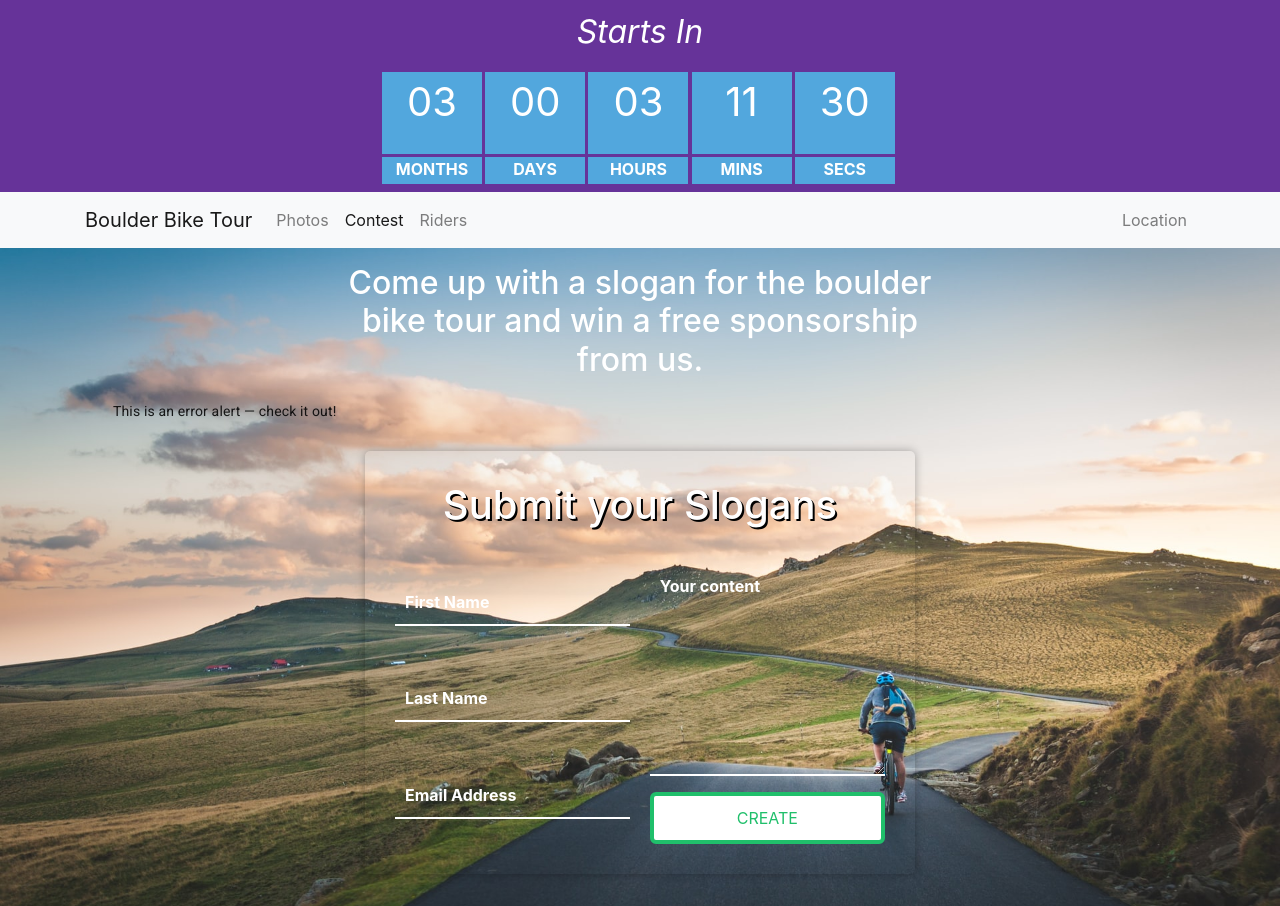
Repository: akinsikuoluwafemi/boulder_bike_tour_frontend
Page: /contest
These files come from the project's save history. The page is drawn as it stood at one moment and after a run of saves; the edit follows.
The browser window is 1280 px wide. The pictures show the whole page.
The page's requests for data from a server got no answer. Some web libraries are served in a nearby version. The project was rebuilt for these pictures with package versions that can differ from the ones it lists, and the page was loaded fresh each time. No one was signed in, and anything a server would have sent is missing. Also part of the build but not shown: src/components/Home/LatestNews.js, src/components/Home/Winners.js, src/components/Accordions/Accordions.js, src/components/Home/FooterContent.js, src/components/Home/Home.js, src/components/Location/mapStyles.js, src/components/Spinner/Spinner.scss, src/components/Spinner/Spinner.js and 5 more.

Above is the page before, as saved 2020-08-23 07:37:32.

After the next 2 saves:
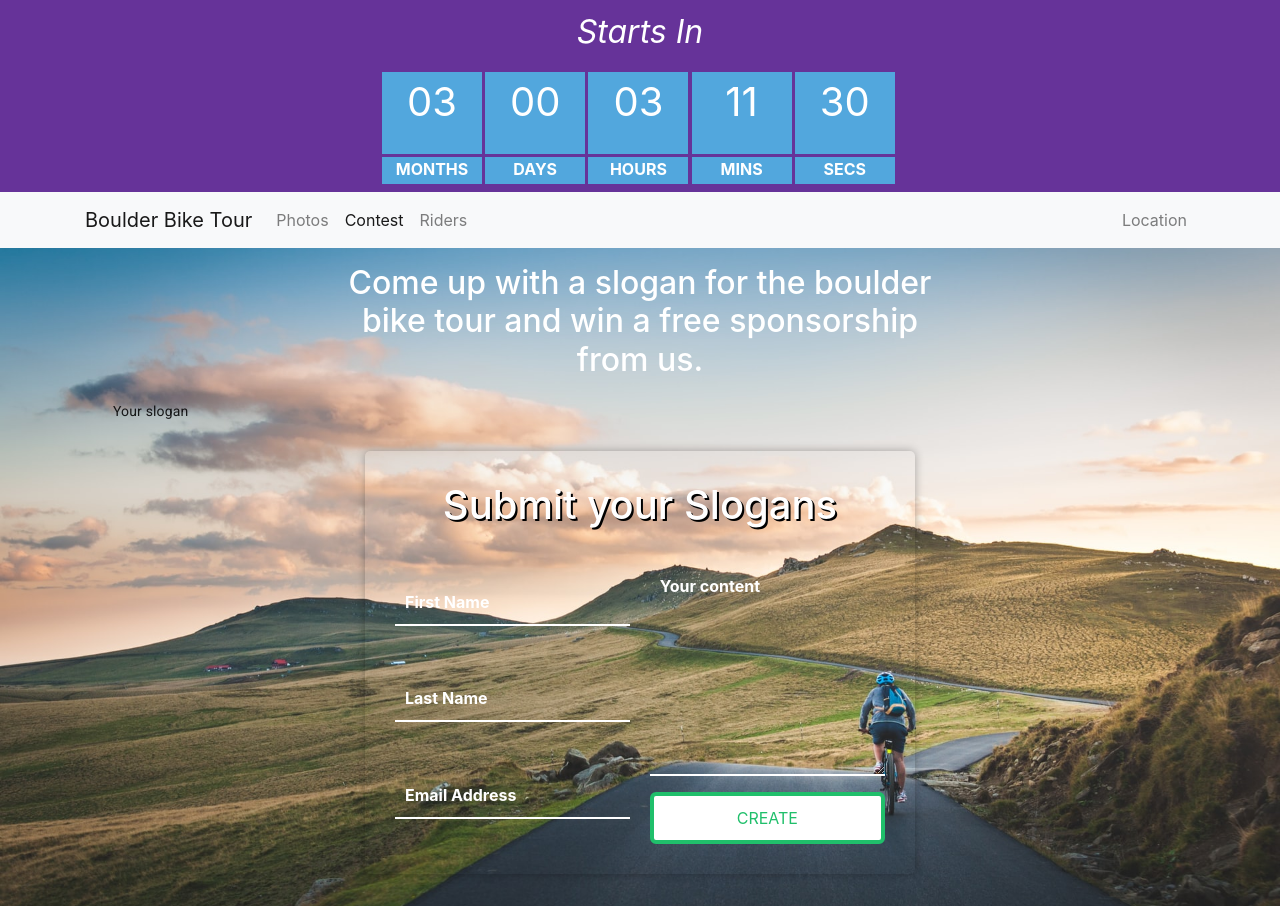
The 2 saves are shown as one change because they came seconds apart.
The last was saved 22 s later.
--- a/src/components/Contest/Contest.js
+++ b/src/components/Contest/Contest.js
@@ -70,7 +70,7 @@ const Contest = () => {
             <AlertContext.Provider value={{ alert, setAlert }}>
               {/* <Alert severity={severity}>{alertText}</Alert> */}
               <Alert severity={alert}>
-                {alert === 'sucess' ? 'Your slogan was successfully saved': 'This is an error alert — check it out!' }
+                {alert === 'sucess' ? 'Your slogan was successfully saved': 'Your slogan' }
               </Alert>
 
               <div className="px-3 py-3 form-center">
